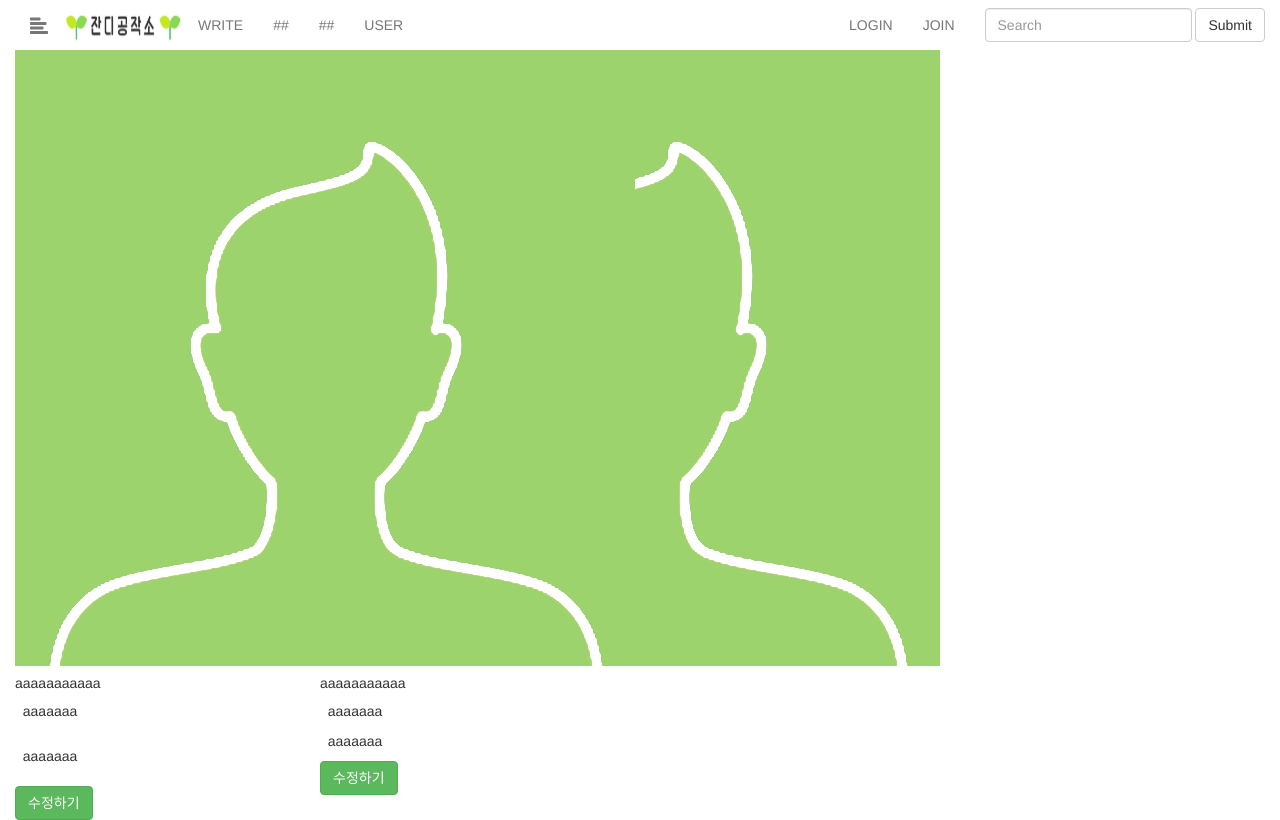
Repository: guddus326/Grass_Farm
Page: http://localhost/Grass_Farm/USer2.jsp
An editor plug-in stored every save of this project. The page is shown before and after the next save, followed by the edit.
The browser window is 1280 px wide. The pictures show the whole page.
The page is served by Tomcat 9.

Above is the page before, as saved 2020-11-09 00:01:35.

After the next save:
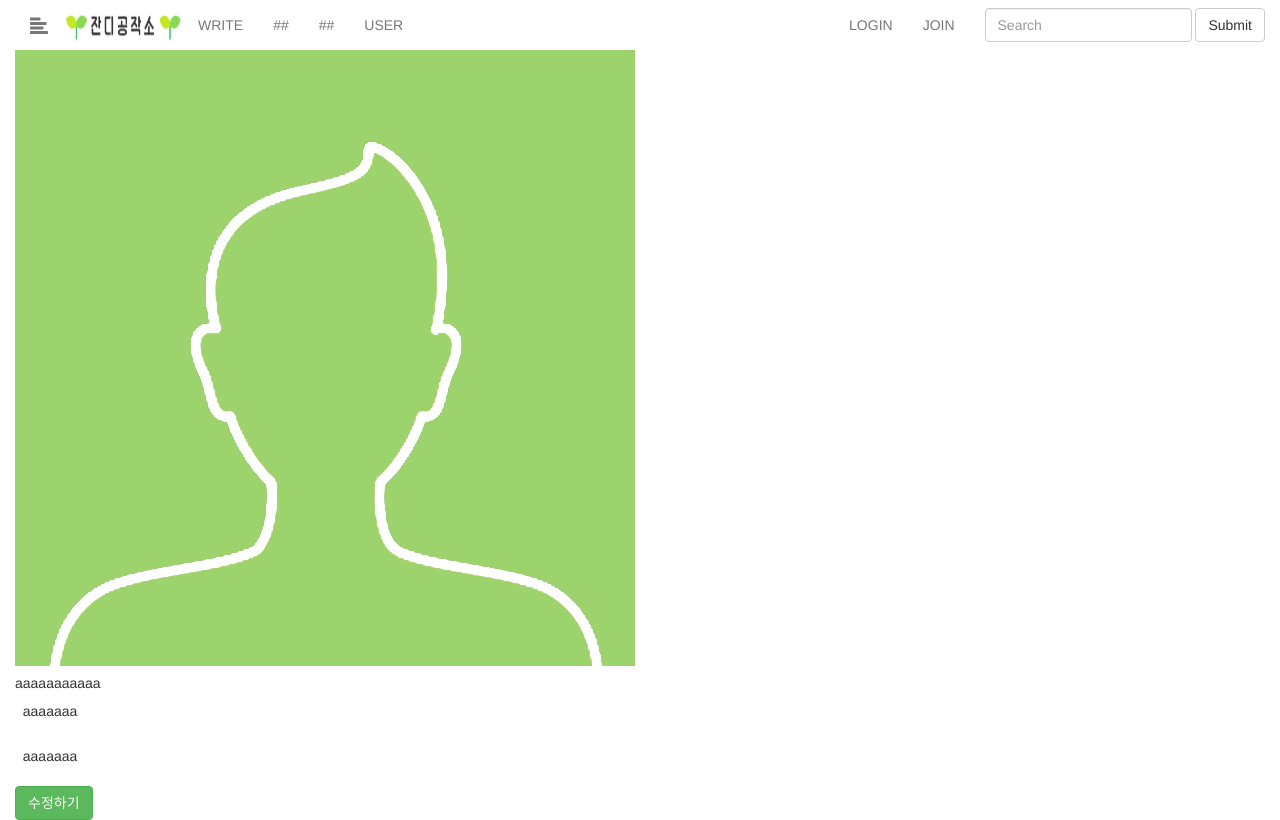
Saved 36 s later.
--- a/Grass_Farm/Grass_Farm/WebContent/USer2.jsp
+++ b/Grass_Farm/Grass_Farm/WebContent/USer2.jsp
@@ -110,24 +110,6 @@
   					</div>
 
 
-  					<div class="card">
-  								<img src="./img/grass.png" id="img_click">
-    							<h5 class="card-title">aaaaaaaaaaa</h5>
-
-									<div class>
-    									<span class="far fa-building"></span>
-      										<p class="mt-0 mb-1">&nbsp;&nbsp;aaaaaaa</p>
-  									</div>
-  									<div class=>
-  										<span class="far fa-envelope"></span>
-      									<p class="mt-0 mb-1">&nbsp;&nbsp;aaaaaaa</p>
-  									</div>
-
-								<a href="Change.jsp" class="btn btn-success">수정하기</a>
-  					</div>
-
-
-
   							<!-- Modal -->
   							<div class="modal" id="myModal" tabindex="-1">
   								<div class="modal-dialog">
